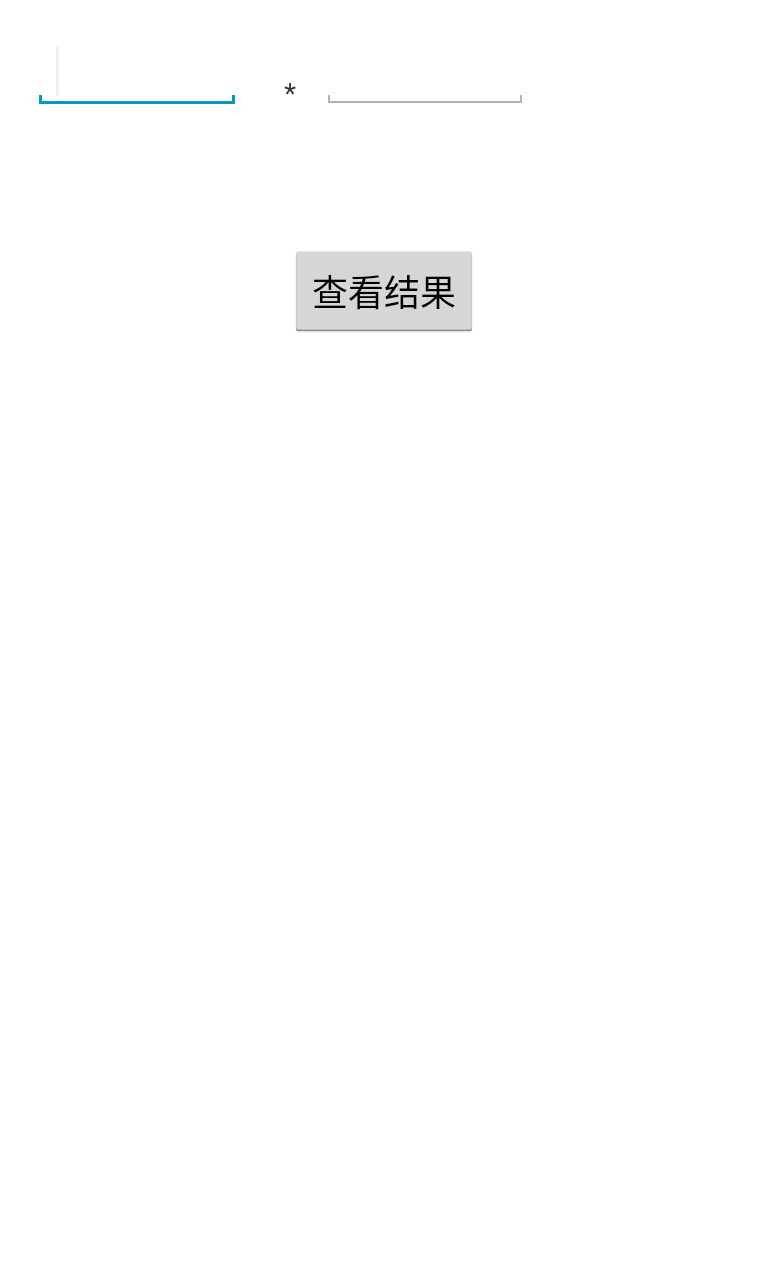
Repository: 729517723/AndroidProject
Layout: Activity_03_contrl/res/layout/activity_main.xml
These files come from the project's save history. The layout is drawn as it stood at one moment and after the next save; the edit follows.
It is drawn on a 768 x 1280 px phone screen (xhdpi) without system bars, with theme AppTheme; the app's code is not run.

Above is the layout before, as saved 2016-08-15 16:48:40.

### Activity_03_contrl/res/layout/activity_main.xml
<RelativeLayout xmlns:android="http://schemas.android.com/apk/res/android"
    xmlns:tools="http://schemas.android.com/tools"
    android:layout_width="match_parent"
    android:layout_height="match_parent"
    android:paddingBottom="@dimen/activity_vertical_margin"
    android:paddingLeft="@dimen/activity_horizontal_margin"
    android:paddingRight="@dimen/activity_horizontal_margin"
    android:paddingTop="@dimen/activity_vertical_margin"
    tools:context="com.example.activity_03_contrl.MainActivity" >


    <EditText
        android:id="@+id/first"
        android:layout_width="wrap_content"
        android:layout_height="wrap_content"
        android:ems="5" >
        <requestFocus />
    </EditText>

    <EditText
        android:id="@+id/second"
        android:layout_width="wrap_content"
        android:layout_height="wrap_content"
        android:layout_alignBaseline="@+id/first"
        android:layout_alignBottom="@+id/first"
        android:layout_marginLeft="39dp"
        android:layout_toRightOf="@+id/first"
        android:ems="5" />

    <TextView
        android:id="@+id/textView1"
        android:layout_width="wrap_content"
        android:layout_height="wrap_content"
        android:layout_above="@+id/button1"
        android:layout_marginLeft="21dp"
        android:layout_toRightOf="@+id/first"
        android:text="*" />

    <Button
        android:id="@+id/button1"
        android:layout_width="wrap_content"
        android:layout_height="wrap_content"
        android:layout_below="@+id/first"
        android:layout_centerHorizontal="true"
        android:layout_marginTop="66dp"
        android:onClick="OnClick"
        android:text="查看结果" />

</RelativeLayout>

Loaded but not shown: Activity_03_contrl/res/values/styles.xml (common file); Activity_03_contrl/res/values-v11/styles.xml (common file); Activity_03_contrl/res/values-v14/styles.xml (common file); Activity_03_contrl/res/values/dimens.xml (common file); Activity_03_contrl/res/values-w820dp/dimens.xml (common file)

After the next save:
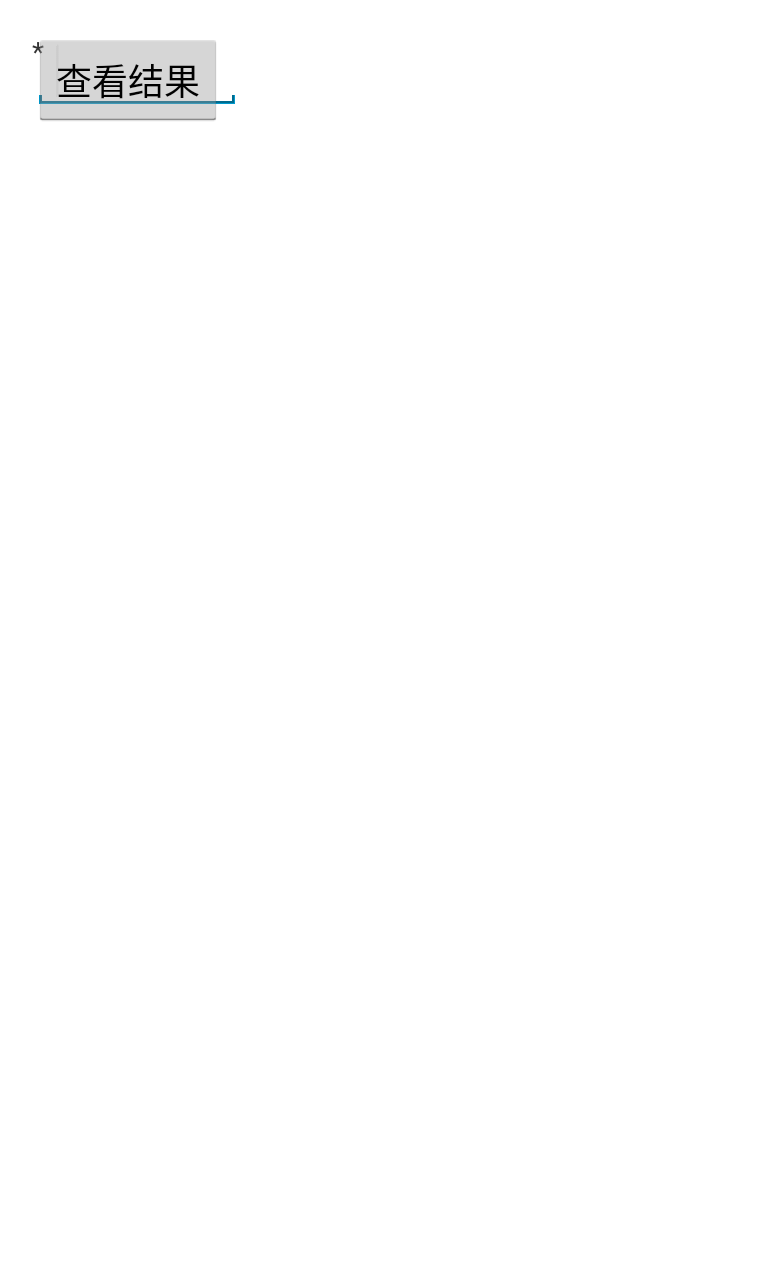
Saved 65 s later.
--- a/Activity_03_contrl/res/layout/activity_main.xml
+++ b/Activity_03_contrl/res/layout/activity_main.xml
@@ -21,28 +21,18 @@
         android:id="@+id/second"
         android:layout_width="wrap_content"
         android:layout_height="wrap_content"
-        android:layout_alignBaseline="@+id/first"
-        android:layout_alignBottom="@+id/first"
-        android:layout_marginLeft="39dp"
-        android:layout_toRightOf="@+id/first"
         android:ems="5" />
 
     <TextView
         android:id="@+id/textView1"
         android:layout_width="wrap_content"
         android:layout_height="wrap_content"
-        android:layout_above="@+id/button1"
-        android:layout_marginLeft="21dp"
-        android:layout_toRightOf="@+id/first"
         android:text="*" />
 
     <Button
         android:id="@+id/button1"
         android:layout_width="wrap_content"
         android:layout_height="wrap_content"
-        android:layout_below="@+id/first"
-        android:layout_centerHorizontal="true"
-        android:layout_marginTop="66dp"
         android:onClick="OnClick"
         android:text="查看结果" />
 

After the save that followed:
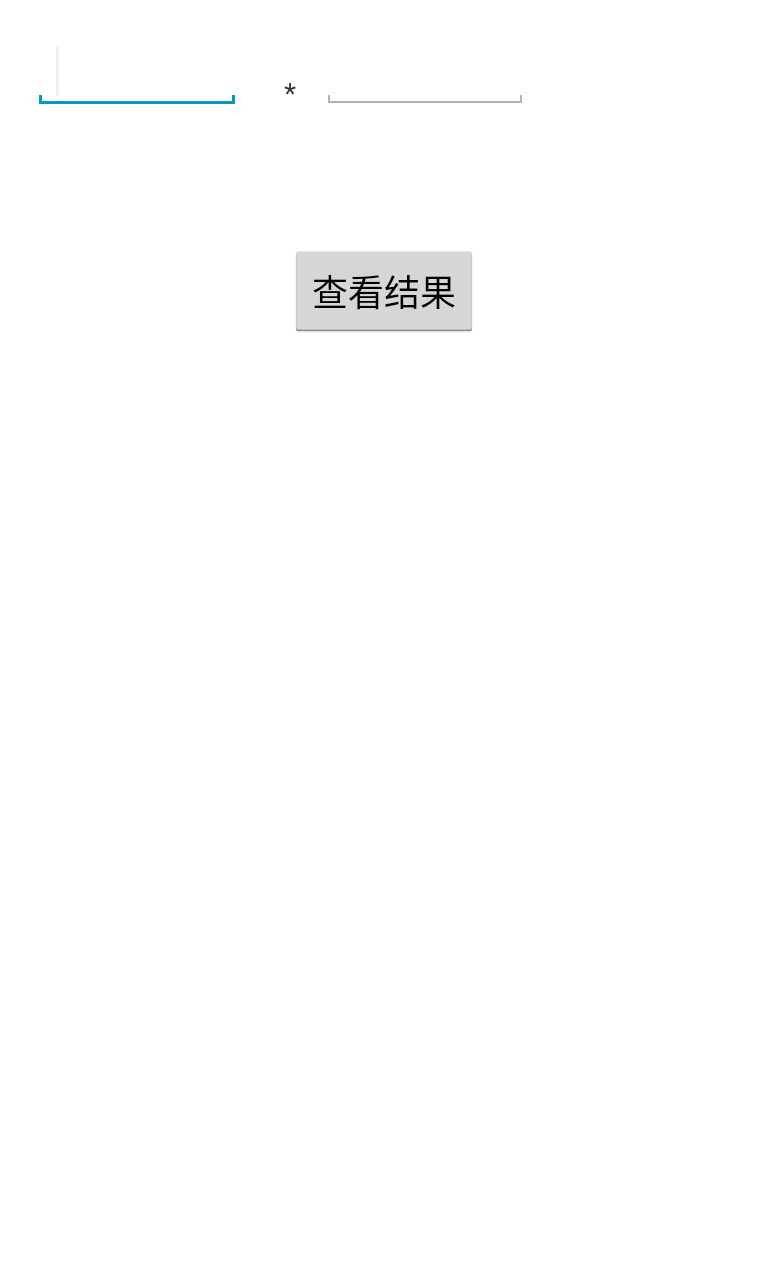
Saved 64 s later.
--- a/Activity_03_contrl/res/layout/activity_main.xml
+++ b/Activity_03_contrl/res/layout/activity_main.xml
@@ -21,18 +21,28 @@
         android:id="@+id/second"
         android:layout_width="wrap_content"
         android:layout_height="wrap_content"
+        android:layout_alignBaseline="@+id/first"
+        android:layout_alignBottom="@+id/first"
+        android:layout_marginLeft="39dp"
+        android:layout_toRightOf="@+id/first"
         android:ems="5" />
 
     <TextView
         android:id="@+id/textView1"
         android:layout_width="wrap_content"
         android:layout_height="wrap_content"
+        android:layout_above="@+id/button1"
+        android:layout_marginLeft="21dp"
+        android:layout_toRightOf="@+id/first"
         android:text="*" />
 
     <Button
         android:id="@+id/button1"
         android:layout_width="wrap_content"
         android:layout_height="wrap_content"
+        android:layout_below="@+id/first"
+        android:layout_centerHorizontal="true"
+        android:layout_marginTop="66dp"
         android:onClick="OnClick"
         android:text="查看结果" />
 
